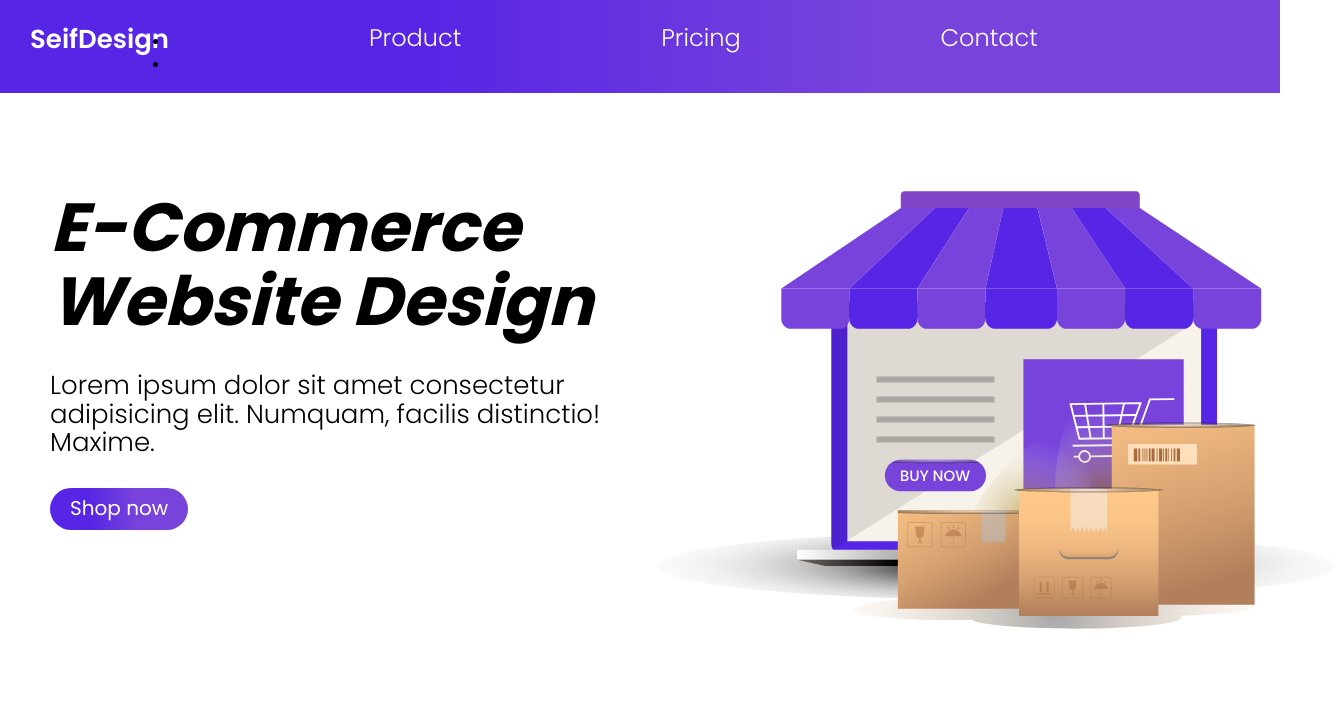
Repository: MehdiKerimov/figma-task-19
Page: pages/homePage/index.html
An editor plug-in stored every save of this project. The page is shown before and after a run of saves, followed by the edit.
The browser window is 1280 px wide. The page is 1336 px wide, so the pictures cover 1336 px, including what lies to the right of the window. The pictures show the whole page.
The style sheet was rebuilt from its Sass, Less or Tailwind sources for each picture, by a compiler version that may differ from the author's.

Above is the page before, as saved 2024-01-20 15:32:50.

### pages/homePage/index.html
<!DOCTYPE html>
<html lang="en">
  <head>
    <meta charset="UTF-8" />
    <meta name="viewport" content="width=device-width, initial-scale=1.0" />
    <title>Document</title>
    <link rel="stylesheet" href="../../assets/css/reset.css" />
    <link rel="stylesheet" href="index.css" />
  </head>
  <body>
    <div class="container">
      <nav>
        <h1>SeifDesign</h1>
        <ul>
          <li>
                    <a href="">Product</a>

          </li>
          <li>

          </li>
        </ul>
        <a href="">Pricing</a>
        <a href="">Contact</a>
      </nav>
      <main>
        <div class="left-container">
          <h2>E-Commerce Website Design</h2>
          <p>
            Lorem ipsum dolor sit amet consectetur adipisicing elit. Numquam,
            facilis distinctio! Maxime.
          </p>
          <button><a href="">Shop now</a></button>
        </div>

        <img src="../../assets/images/Group (3).svg" alt="" />
      </main>
    </div>
  </body>
</html>

### assets/css/reset.css
*{
    margin: 0;
    padding: 0;
    box-sizing: border-box;
}

button{
    border: none;
}
a{
    text-decoration: none;
}

### pages/homePage/index.scss
@import url("https://fonts.googleapis.com/css2?family=Poppins:wght@300;400;600;700&display=swap");
.container {
  min-height: 100vh;
  /* padding: 30px 30px 43px 30px; */
  nav {
    padding: 20px 30px;
    display: flex;
    background: linear-gradient(270deg, #7743db 31.64%, #5725e5 66.78%);
    h1 {
      color: #fff;
      font-family: Poppins;
      font-size: 26px;
      font-style: normal;
      font-weight: 600;
      line-height: normal;
    }
    a {
      text-decoration: none;
      margin-left: 200px;
      color: #fff;
      text-align: center;
      font-family: Poppins;
      font-size: 24px;
      font-style: normal;
      font-weight: 300;
      line-height: normal;
    }
  }
  main {
    display: flex;
    padding: 98px 50px 43px 50px;
    @media screen and (max-width:1024px) {
      flex-direction: column-reverse;
    }
    h2 {
      width: 608px;
      font-family: Poppins;
      font-size: 68px;
      font-style: italic;
      font-weight: 700;
      line-height: 109%;
    }
    p {
      margin-top: 32px;
      margin-bottom: 32px;
      width: 608px;
      color: #000;
      font-family: Poppins;
      font-size: 26px;
      font-style: normal;
      font-weight: 300;
      line-height: 109%;
    }
    button {
      padding: 10px 20px;
      border-radius: 25px;
      background: linear-gradient(263deg, #7743db 38.81%, #5725e5 70.24%);
      a {
        color: #fff;
        font-family: Poppins;
        font-size: 20px;
        font-style: normal;
        font-weight: 400;
        line-height: 109%;
      }
    }
  }
}

After the next 2 saves:
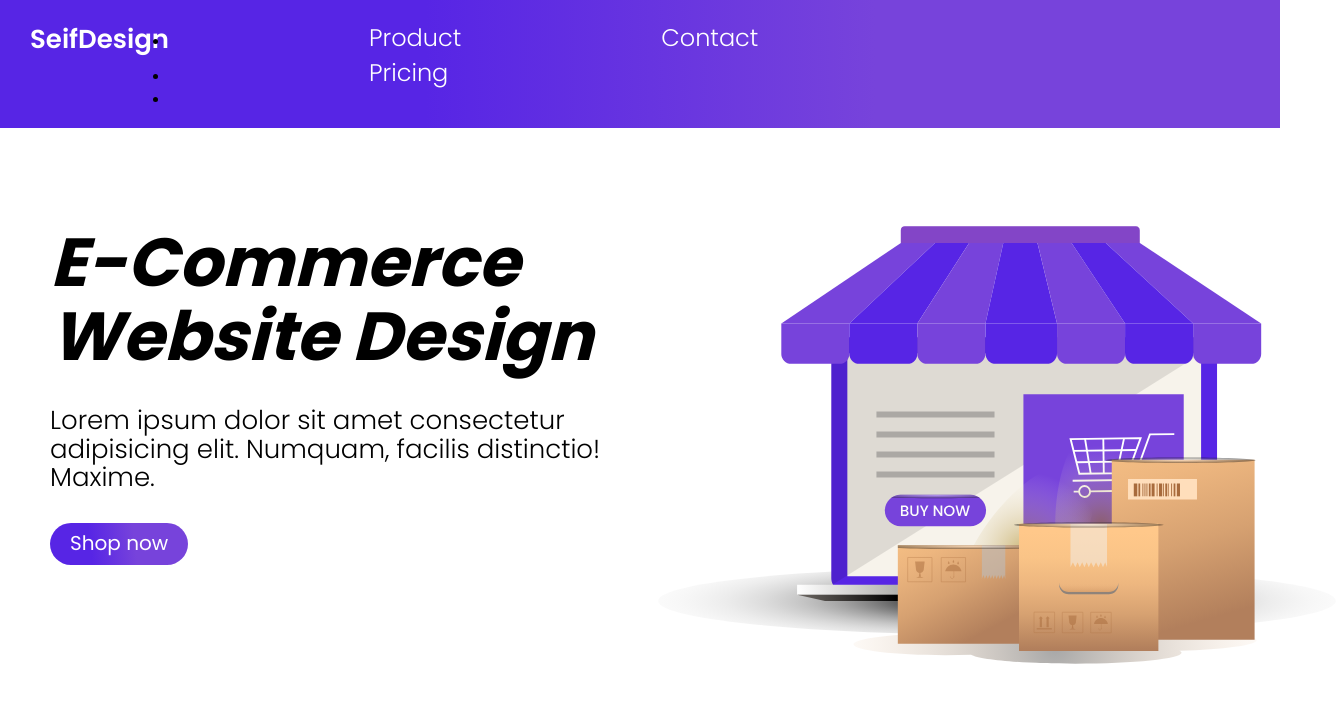
The 2 saves are shown as one change because they came seconds apart.
The last was saved 7 s later.
--- a/pages/homePage/index.html
+++ b/pages/homePage/index.html
@@ -17,10 +17,11 @@
 
           </li>
           <li>
+                    <a href="">Pricing</a>
 
           </li>
+          <li></li>
         </ul>
-        <a href="">Pricing</a>
         <a href="">Contact</a>
       </nav>
       <main>
